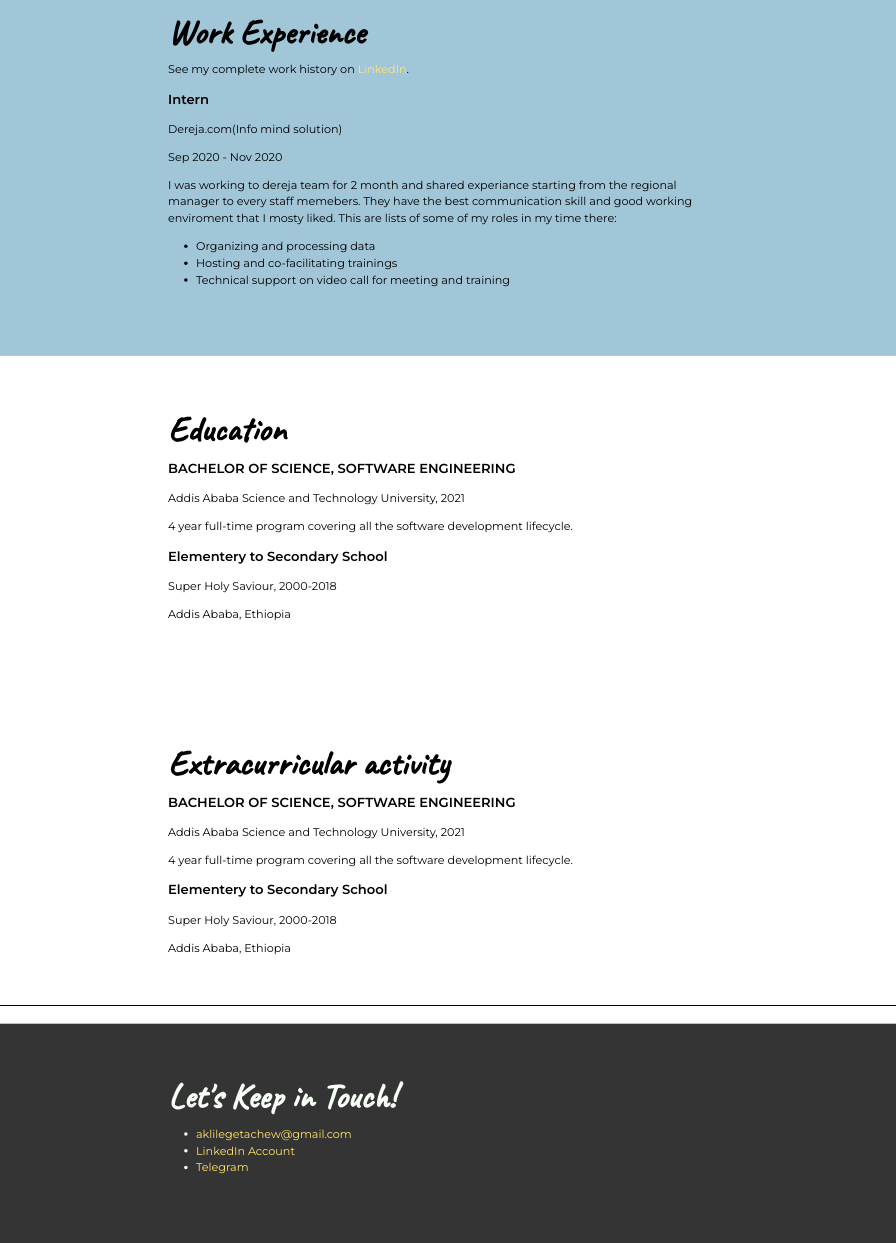
Repository: Aklilegetachew/my-Portfolio
Page: index.html
The author's editor kept a copy of each file at every save. The page is drawn from the files as they stood at one save, then again after the next save.
The browser window is 1280 px wide. The pictures show the part of the page from y = 1469 to 3389 px (the page is 3245 px tall before and 3389 px after), at 70% of full size.

Above is the page before, as saved 2021-11-23 17:50:52.

### index.html
<!DOCTYPE html>
<html lang="en">
  <head>
    <meta charset="UTF-8">
    <meta name="viewport" content="width=device-width, initial-scale=1.0">
    <title>Aklile Getachew, Software Engineer</title>
     <link href="https://fonts.googleapis.com/css?family=Caveat|Montserrat:400,600&display=swap" rel="stylesheet">
    <link rel="stylesheet" href="css/styles.css">
  </head>
  <body>
    <main>
      <!-- ***********************  ABOUT / PROFILE  *********************** -->
      <header>
        <div class="content-wrap">
          <h1>Aklile Getachew</h1>
          <h2>Software Developer + Graphics Designer</h2>

          <p>Motivated software engineering graduate and technology enthusiast seeking
            to pursue an opportunity with a growing organization that will utilize and
            enhance my knowledge in software development or Information Technology</p>
          <p>I’m also exploring more creative pursuits on Graphic designing </p>
        </div>
      </header>

      <!-- ********************  PROJECTS / PORTFOLIO  ********************* -->
      <section class="projects">
        <div class="content-wrap divider">
          <h2>Featured Projects</h2>
          <p>View selected projects below. More information can be found at <a href="http://christinatruong.com">my gitlab account. </a>.</p>

          <!-- Project 1 -->
          <section class="project-item">
            <img src="images/brana-home.jpg" alt="brana-home-page">
            <h3>Brana Mobile application</h3>
            <p>Brana Audiobook Purchasing Application will provide audio books in different local languages
              for different target groups. Our application will provide book for students, readers, scientist,
              engineers, and researchers. This audio books will be from different category and with different
              genre to address most of the social groups.</p>
            <a class="btn" href="https://gitlab.com/bisrathailu793/brana/-/tree/master" target="_blank">See on Gitlab </a>
          </section>

          <!-- Project 2
          <section class="project-item">
            <img src="images/project-women-tech.jpg" alt="website thumbnail">
            <h3>Women&&Tech</h3>
            <p>Women&&Tech was launched in 2012 to feature interviews with different women working in the tech industry. I became familiar with them when I was invited to be one of the interviewees! A few years later, I joined the team and helped with the relaunch of the site as the front-end architect.</p>
            <a class="btn" href="http://christinatruong.com/projects/women-and-tech-redesign.html" target="_blank">View the case study</a>
          </section>

           Project 3
          <section class="project-item">
            <img src="images/project-wire-ipsum.jpg" alt="website thumbnail">
            <h3>The Wire Ipsum</h3>
            <p>After coming back from teaching a JavaScript workshop, I felt inspired to create something just for fun. I realized that of all the content/lorem ipsum generators available, there was nothing for HBO’s The Wire fans. I searched for <a href="http://thewireipsum.com" target="_blank">thewireipsum.com</a> domain and it was available! Generate some content for your projects today.</p>
            <a class="btn" href="http://thewireipsum.com" target="_blank">View live site</a>
          </section>-->
        </div>
      </section>

      <!-- ***********************  WORK EXPERIENCE  *********************** -->
      <section class="work-experience">
        <div class="content-wrap divider">
          <h2>Work Experience</h2>
          <p>See my complete work history on <a href="https://www.linkedin.com/in/aklile-getachew-673050181/">LinkedIn</a>.</p>

          <!-- Job 1 -->
          <section class="job-item">
            <div class="job-details">
              <h3>Intern</h3>
              <p>Dereja.com(Info mind solution) </p>
              <p>Sep 2020 - Nov 2020</p>
            </div>
            <div class="job-summary">
              <p>I was working to dereja team for 2 month and  shared experiance starting from the regional manager to every staff memebers. They have the best communication skill and good working enviroment that I mosty liked. This are lists of some of my roles in my time there:</p>
              <ul>
                <li>Organizing and processing data</li>
                <li>Hosting and co-facilitating trainings</li>
                <li>Technical support on video call for meeting and training</li>
              </ul>
            </div>
          </section>
        </div>
      </section>

      <!-- ******************  EDUCATION & CERTIFICATIONS ****************** -->
      <section class="education item-details">
        <div class="content-wrap">
          <h2>Education</h2>

          <section>
            <h3>BACHELOR OF SCIENCE, SOFTWARE ENGINEERING</h3>
            <p>Addis Ababa Science and Technology University, 2021</p>
            <p>4 year full-time program covering all the software development lifecycle.</p>
          </section>

          <section>
            <h3>Elementery to Secondary School</h3>
            <p>Super Holy Saviour, 2000-2018</p>
            <p>Addis Ababa, Ethiopia </p>
          </section>
        </div>
      </section>

      <!-- ******************  E X T R A C U R R I C U L A R A C T I V I T Y ****************** -->
      <section class="education item-details">
        <div class="content-wrap">
          <h2>Extracurricular activity</h2>

          <section>
            <h3>BACHELOR OF SCIENCE, SOFTWARE ENGINEERING</h3>
            <p>Addis Ababa Science and Technology University, 2021</p>
            <p>4 year full-time program covering all the software development lifecycle.</p>
          </section>

          <section>
            <h3>Elementery to Secondary School</h3>
            <p>Super Holy Saviour, 2000-2018</p>
            <p>Addis Ababa, Ethiopia </p>
          </section>
        </div>
      </section>

      <!-- *****************  CONTACT INFO / SOCIAL MEDIA  ***************** -->
      <footer>
        <div class="content-wrap">
          <h2>Let's Keep in Touch!</h2>

          <!-- Social media and contact links. Add or remove any networks. -->
          <ul class="contact-list">
            <li><a href="aklilegetachew@gmail.com">aklilegetachew@gmail.com</a></li>
            <li><a href="https://www.linkedin.com/in/aklile-getachew-673050181/" target="_blank">LinkedIn Account</a></li>
            <li><a href="https://t.me/AKG47" target="_blank">Telegram</a></li>
          </ul>
        </div>
      </footer>
    </main>
  </body>
</html>

### css/styles.css
/*
COLOR PALETTE
https://coolors.co/f7fff7-343434-2f3061-ffe66d-a1c6d7
#F7FFF7 - almost white
#343434 - dark gray - almost black
#2F3061 - blue dark
#FFE66D - yellow
#A1C6D7 - blue light
*/

/* global
======================================================*/
img{
    width: 300px;
    height: 640px;
}
a{
    color: #FFE66D ;
    text-decoration: none;
}
body{
    margin: 0;
    padding: 0;
    font-family: 'Montserrat', sans-serif;
    line-height: 1.5em;
}
h1{
    font-size: 90px;
    margin: 0;

}
h2{
    margin: 0;
    font-size: 50px;
}
h1, h2 {
    font-family: 'Caveat', cursive;
    line-height: 1em;
}
.content-wrap{
    width: 800px;
    margin: 0 auto;
    padding: 80px 0;
}

/* Heading
======================================================*/
header{
    background-color: #2F3061 ;
    color: #F7FFF7;
}



/* projects
======================================================*/

.projects{
    background-color: #F7FFF7 ;

}

.project-item{
    clear: both;
    margin-top: 60px;
    display: inline-block;
}
.project-item h3{
    margin-top: 0;
}

.project-item img{
    float: left;
    margin-right: 20px;
    width: 300px;
    height: 640px;
}

.projects a{
    color: #343434 ;

}
.projects .btn{
    color: #F7FFF7;
    background-color: #2F3061;
    text-decoration: none;
    padding: 8px;
    border-radius: 4px;
    display: inline-block;
}

/* Work experiance
=======================================================*/
.work-experience{
    background-color: #A1C6D7;

}

/* footer
=======================================================*/
footer{
    background-color: #343434 ;
    color: #F7FFF7;
}

After the next save:
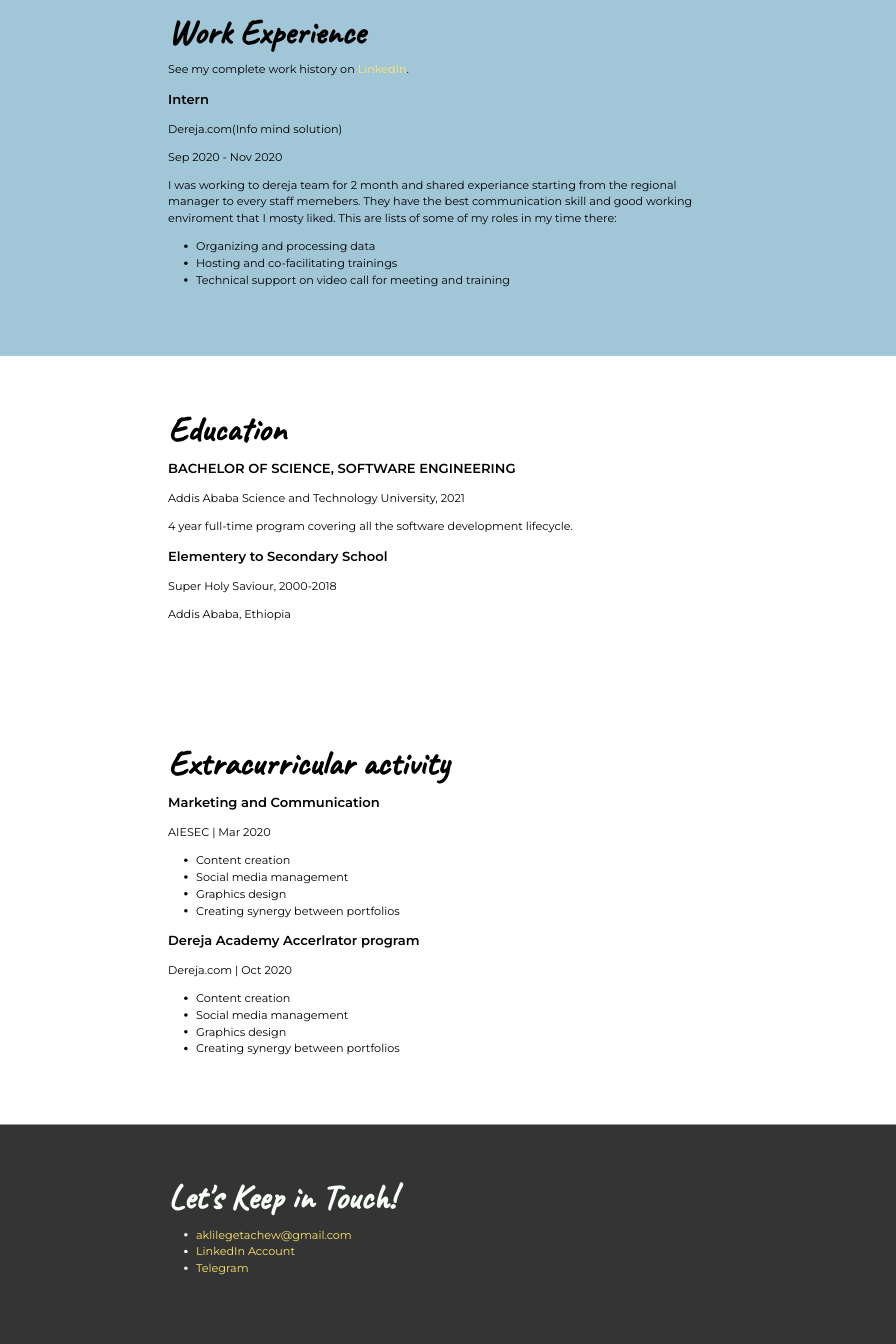
Saved 11 min 42 s later.
--- a/index.html
+++ b/index.html
@@ -107,15 +107,28 @@
           <h2>Extracurricular activity</h2>
 
           <section>
-            <h3>BACHELOR OF SCIENCE, SOFTWARE ENGINEERING</h3>
-            <p>Addis Ababa Science and Technology University, 2021</p>
-            <p>4 year full-time program covering all the software development lifecycle.</p>
+            <h3>Marketing and Communication</h3>
+            <p>AIESEC | Mar 2020
+              <ul>
+                <li>Content creation</li>
+                <li>Social media management</li>
+                <li>Graphics design</li>
+                <li>Creating synergy between portfolios</li>
+              </ul>
+            </p>
+
           </section>
+          <section>
+            <h3>Dereja Academy Accerlrator program</h3>
+            <p>Dereja.com | Oct 2020
+              <ul>
+                <li>Content creation</li>
+                <li>Social media management</li>
+                <li>Graphics design</li>
+                <li>Creating synergy between portfolios</li>
+              </ul>
+            </p>
 
-          <section>
-            <h3>Elementery to Secondary School</h3>
-            <p>Super Holy Saviour, 2000-2018</p>
-            <p>Addis Ababa, Ethiopia </p>
           </section>
         </div>
       </section>
